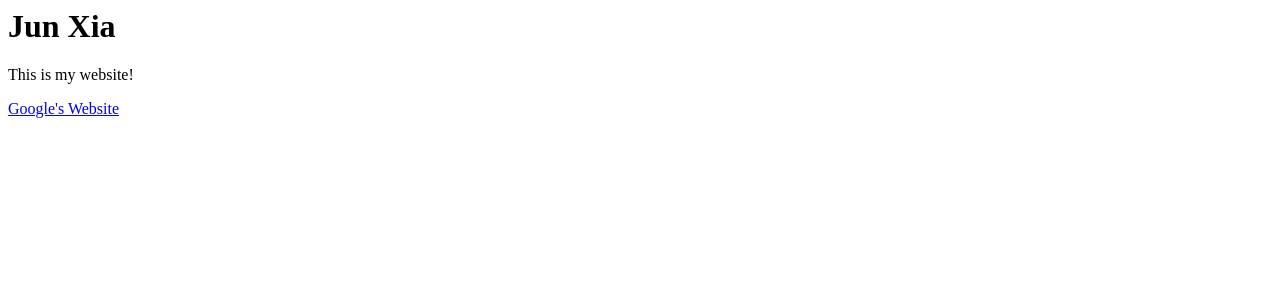
Repository: JackyZzZz/JackyZzZz.github.io
Page: index.html
These files come from the project's save history. The page is drawn as it stood at one moment and after the next save; the edit follows.
The browser window is 1280 px wide. The pictures show the whole page.

Above is the page before, as saved 2023-07-03 19:40:45.

### index.html
<html>
    <head>
        <title>Jun's Website</title>
        <meta charset="utf-8">

    </head>

    <body>
        <h1>Jun Xia</h1>
        <div>
            <p>This is my website!</p>
            <a href="https://google.com" target="_blank">
                Google's Website
            </a>

            <ul>

            </ul>
        </div>
    </body>
</html>

After the next save:
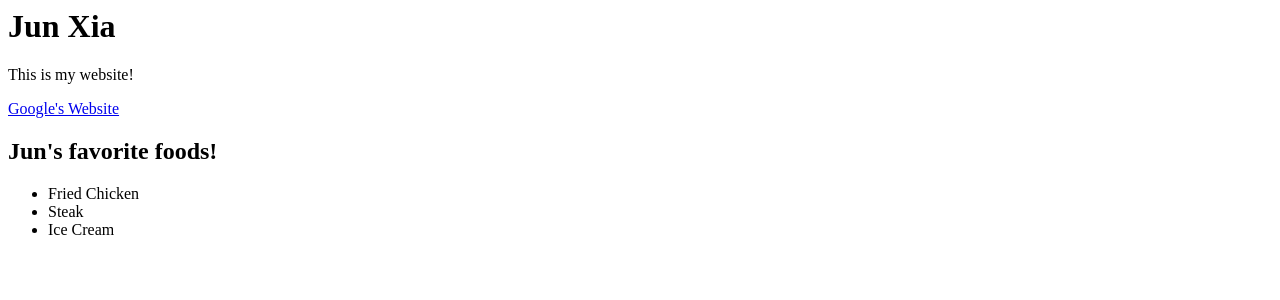
Saved 66 s later.
--- a/index.html
+++ b/index.html
@@ -13,8 +13,11 @@
                 Google's Website
             </a>
 
+            <h2>Jun's favorite foods!</h2>
             <ul>
-
+                <li>Fried Chicken</li>
+                <li>Steak</li>
+                <li>Ice Cream</li>
             </ul>
         </div>
     </body>
